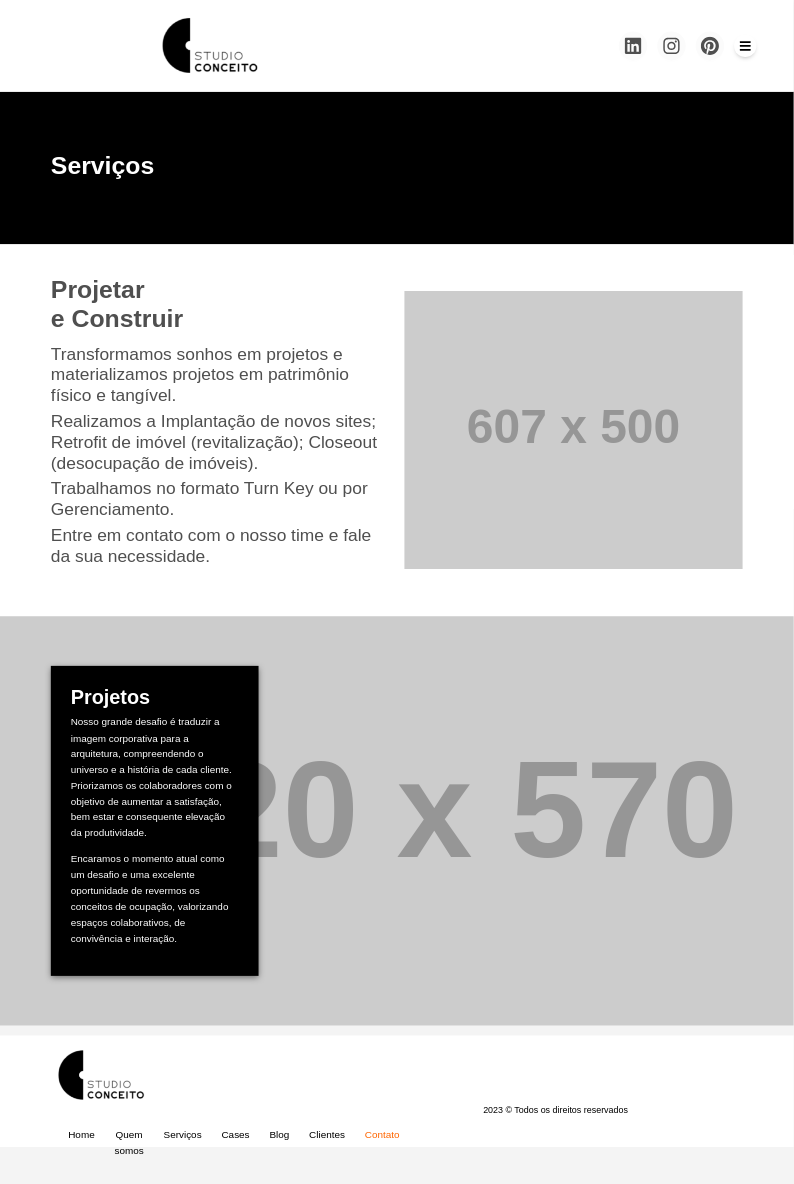
Repository: Upstairs-Agencia/studio-conceito-react
Page: /servicos
An editor plug-in stored every save of this project. The page is shown before and after the next save, followed by the edit.
The browser window is 1280 px wide. The pictures show the whole page, at 62% of full size.
The project was rebuilt for these pictures with package versions that can differ from the ones it lists, and the page was loaded fresh each time. Also part of the build but not shown: src/pages/Home.js, src/pages/QuemSomos.js, src/pages/Cases.js, src/pages/Blog.js, src/pages/Clientes.js, src/pages/Contato.js.

Above is the page before, as saved 2024-12-28 03:27:29.

After the next save:
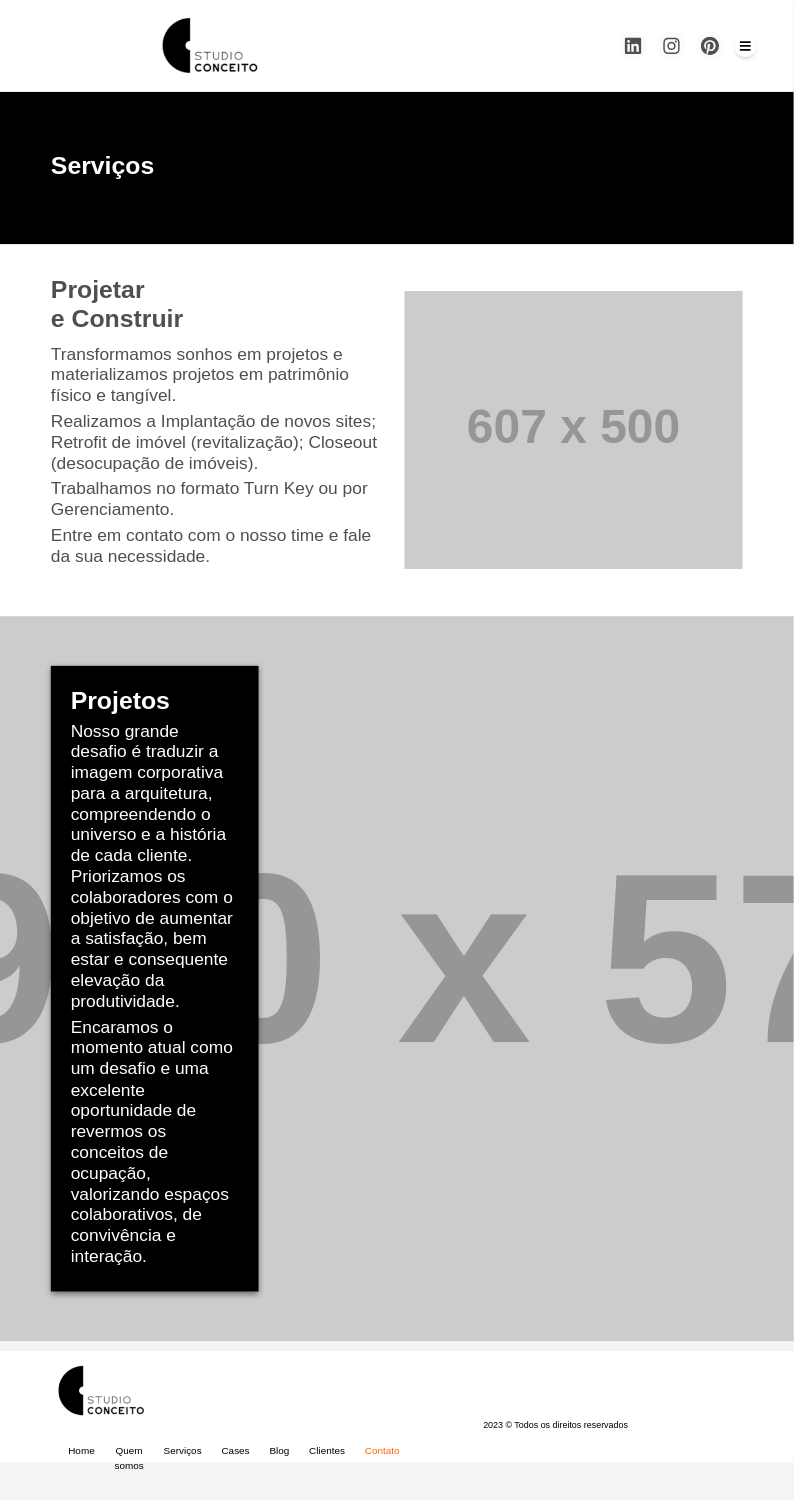
Saved 56 s later.
--- a/src/pages/Servicos.js
+++ b/src/pages/Servicos.js
@@ -77,13 +77,13 @@ const Servicos = () => {
               boxShadow: "0px 4px 10px rgba(0, 0, 0, 0.5)", // Para criar um efeito de profundidade
             }}
           >
-            <h2 className="fw-bold">Projetos</h2>
-            <p>
+            <h1 className="fw-bold">Projetos</h1>
+            <h3>
               Nosso grande desafio é traduzir a imagem corporativa para a arquitetura, compreendendo o universo e a história de cada cliente. Priorizamos os colaboradores com o objetivo de aumentar a satisfação, bem estar e consequente elevação da produtividade.
-            </p>
-            <p>
+            </h3>
+            <h3>
               Encaramos o momento atual como um desafio e uma excelente oportunidade de revermos os conceitos de ocupação, valorizando espaços colaborativos, de convivência e interação.
-            </p>
+            </h3>
           </div>
         </MDBContainer>
       </section>
